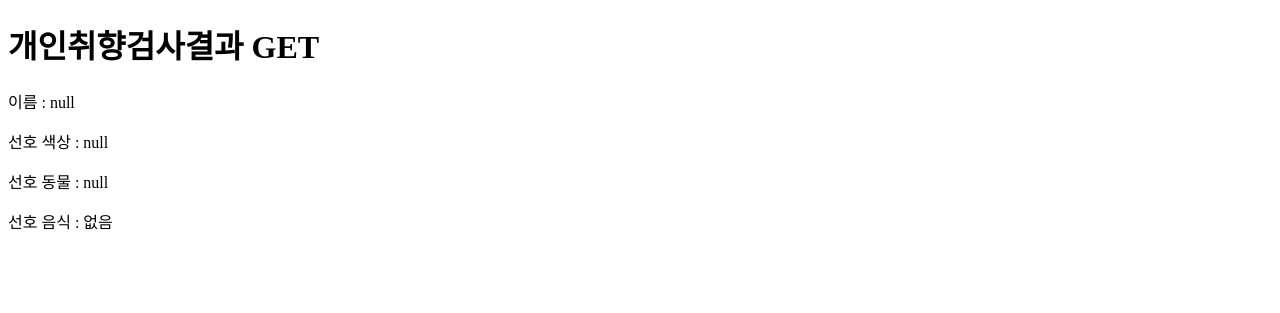
Repository: Sookyeong0505/web_server_workspace
Page: http://localhost/hello-web/servlet/view/testPerson3.jsp
An editor plug-in stored every save of this project. The page is shown before and after the next save, followed by the edit.
The browser window is 1280 px wide. The pictures show the whole page.
The page is served by Tomcat 9. Other server files are loaded and not shown.

Above is the page before, as saved 2023-06-20 02:30:44.

### hello-web/src/main/webapp/servlet/view/testPerson3.jsp
<%@ page language="java" contentType="text/html; charset=UTF-8"
    pageEncoding="UTF-8"%>
<%@ page import="java.util.Arrays" %> <%-- 페이지 지시어 --%>
<%
	// jsp의 scriptitle - java 작성가능
	/* 여러줄 주석 */
	// jsp 내부 어디든지 여러개 작성 가능
	// request:HttpServletRequest, response:HttpServletResponse 객체를 선언없이 사용 가능
	String name = request.getParameter("name");
	String color = request.getParameter("color");
	String animal = request.getParameter("animal");
	String[] foods = request.getParameterValues("food");
	System.out.println("name@jsp = "+ name);
	System.out.println("color@jsp = "+ color);
	System.out.println("animal@jsp = "+ animal);
	if(foods != null)
		System.out.println("food@jsp = "+ Arrays.toString(foods));

	// servlet이 전달한 데이터 가져오기 = HttpServletRequest 속성
	String result = (String) request.getAttribute("result");
	System.out.println("result@jsp = " + result);

%>

<!DOCTYPE html>
<html>
<head>
<meta charset="UTF-8">
<title>Insert title here</title>
</head>
<body>
	<h1>개인취향검사결과 GET</h1>
	<p class ='name'>이름 : <%= name %></p> <%-- 스크립틀릿 출력식 --%>
	<p class ='color'>선호 색상 : <%= color %></p>
	<p class ='animal'>선호 동물 : <%= animal %></p>
	<p class ='food'>선호 음식 : <%= foods != null ? String.join(" / ", foods) : "없음" %></p>

</body>
</html>

After the next save:
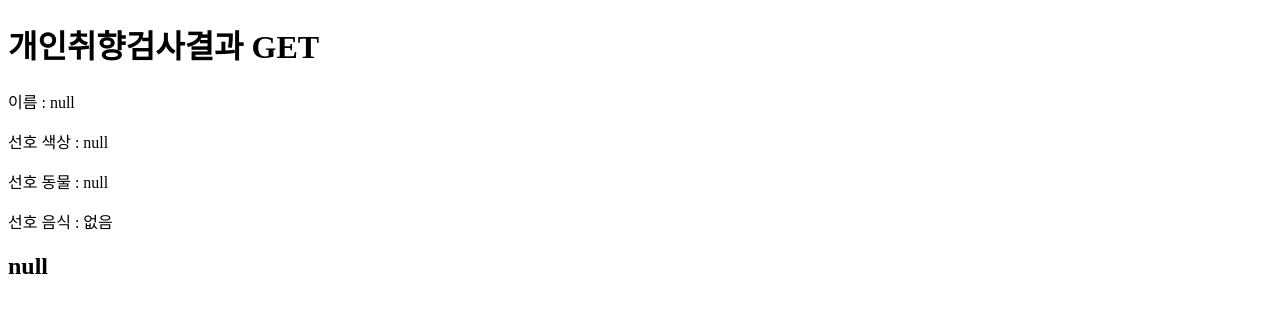
Saved 34 s later.
--- a/hello-web/src/main/webapp/servlet/view/testPerson3.jsp
+++ b/hello-web/src/main/webapp/servlet/view/testPerson3.jsp
@@ -34,6 +34,6 @@
 	<p class ='color'>선호 색상 : <%= color %></p>
 	<p class ='animal'>선호 동물 : <%= animal %></p>
 	<p class ='food'>선호 음식 : <%= foods != null ? String.join(" / ", foods) : "없음" %></p>
-
+	<h2><%= result %></h2>
 </body>
 </html>
